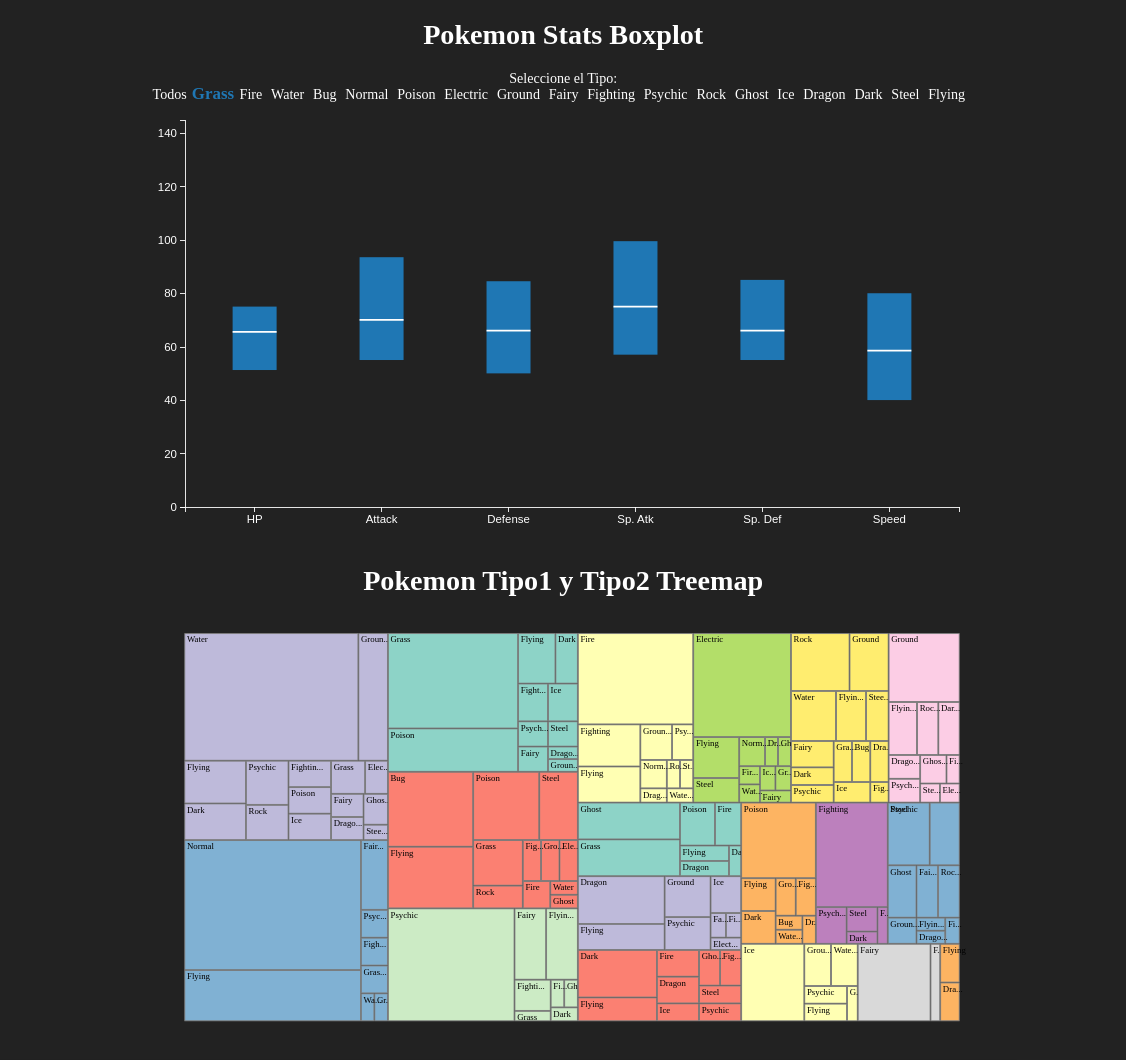
Repository: Cartterr/Proyecto-VisInfo
Page: Propuesta1_Tipos_Cajas.html
The author's editor kept a copy of each file at every save. The page is drawn from the files as they stood at one save, then again after the next save.
The browser window is 1280 px wide. The pictures show the whole page, at 88% of full size.

Above is the page before, as saved 2023-06-28 04:16:48.

### Propuesta1_Tipos_Cajas.html
<!DOCTYPE html>
<html>
<head>
    <meta charset="utf-8">
    <title>Pokemon Stats Boxplot</title>
    <script src="https://d3js.org/d3.v7.min.js"></script>
</head>

<body>
    <h1>Pokemon Stats Boxplot</h1>
    <link rel="stylesheet" href="Propuesta1_Tipos_Cajas.css">
    <div>
        <label for="typeSelect">Seleccione el Tipo:</label>
        <div class="type-list-container">
            <ul class="type-list" id="typeList"></ul>
        </div>
    </div>
    <div id="boxplot"></div>
    <h1>Pokemon Tipo1 y Tipo2 Treemap</h1>
    <div id="treemap"></div>
    <script src="Propuesta1_Tipos_Cajas.js"></script>
</body>
</html>

### Propuesta1_Tipos_Cajas.css
body {
    margin: 0 auto;
    background-color: #222;
    color: white;
    max-width: 80%;
    min-width: 500px;
    text-align: center;
}

.box {
    fill: #1f77b4;
    cursor: pointer;
    position: relative; /* Agregado */
}

.box:hover {
    fill: #456b86;
}

.tooltip {
    position: absolute;
    background-color: #fff;
    border: 1px solid #ccc;
    padding: 10px;
    pointer-events: none;
    opacity: 0;
    transition: opacity 0.3s ease-in-out;
    top: -40px; /* Agregado */
    left: 0; /* Agregado */
    width: 100px; /* Agregado */
    text-align: center; /* Agregado */
}

.box:hover .tooltip {
    opacity: 1;
}

.median {
    stroke: white;
    stroke-width: 2px;
}

.axis text {
    font-size: 13px;
}

.axis line,
.axis path {
    fill: none;
    stroke: white;
    shape-rendering: crispEdges;
}

.type-list-container {
    display: flex;
    justify-content: center;
}

.type-list {
    display: flex;
    white-space: nowrap;
    padding: 0;
    margin: 0;
    list-style-type: none;
}

.type-list li {
    margin-right: 10px;
    transition: transform 0.3s;
}

.type-list li:hover {
    transform: scale(1.1);
}

.type-list li.selected {
    transform: scale(1.2);
    font-weight: bold;
    color: #1f77b4;
}

.type-list-container {
    overflow-y: hidden;
}

.type-list {
    display: flex;
    white-space: nowrap;
    padding: 0;
    margin: 0;
    list-style-type: none;
}

.type-list li {
    margin-right: 10px;
}

text {
    font-size: 10px;
}

### Propuesta1_Tipos_Cajas.js


let selectedType = 'Todos';

d3.csv("pokemon.csv").then(data => {
    const types = Array.from(new Set(data.map(d => d["Type 1"])));
    const statNames = ["HP", "Attack", "Defense", "Sp. Atk", "Sp. Def", "Speed"];

    const margin = { top: 20, right: 30, bottom: 40, left: 50 },
        width = 960 - margin.left - margin.right,
        height = 500 - margin.top - margin.bottom;

    const svg = d3.select("#boxplot")
        .append("svg")
        .attr("width", width + margin.left + margin.right)
        .attr("height", height + margin.top + margin.bottom)
        .append("g")
        .attr("transform", `translate(${margin.left},${margin.top})`);

    const x = d3.scaleBand()
        .range([0, width])
        .padding(0.1);

    const y = d3.scaleLinear()
        .range([height, 0]);

    const xAxis = d3.axisBottom(x);
    const yAxis = d3.axisLeft(y);

    svg.append("g")
        .attr("class", "axis x-axis")
        .attr("transform", `translate(0,${height})`)
        .call(xAxis);

    svg.append("g")
        .attr("class", "axis y-axis")
        .call(yAxis);

    const updateBoxPlot = (selectedType) => {
        let typeData;
        if (selectedType === 'Todos') {  // Add this condition
            typeData = data;
        } else {
            typeData = data.filter(d => d["Type 1"] === selectedType);
        }

        const typeStats = statNames.map(stat => typeData.map(d => +d[stat]));

        x.domain(statNames);
        y.domain([0, d3.max(typeStats, d => d3.max(d))]);

        svg.select(".x-axis")
            .call(xAxis);

        svg.select(".y-axis")
            .transition()
            .duration(250)
            .call(yAxis);

        const boxWidth = Math.min(50, x.bandwidth());

        svg.selectAll(".box")
            .data(typeStats)
            .join("rect")
            .transition()
            .duration(450)
            .attr("class", "box")
            .attr("x", (d, i) => x(statNames[i]) + (x.bandwidth() - boxWidth) / 2)
            .attr("width", boxWidth)
            .attr("y", d => y(d3.quantile(d, 0.75)))
            .attr("height", d => y(d3.quantile(d, 0.25)) - y(d3.quantile(d, 0.75)));

        typeList.selectAll("li")
            .classed("selected", d => d === selectedType);

        svg.selectAll(".median")
            .data(typeStats)
            .join("line")
            .transition()
            .duration(450)
            .attr("class", "median")
            .attr("x1", (d, i) => x(statNames[i]) + (x.bandwidth() - boxWidth) / 2)
            .attr("x2", (d, i) => x(statNames[i]) + (x.bandwidth() + boxWidth) / 2)
            .attr("y1", d => y(d3.median(d)))
            .attr("y2", d => y(d3.median(d)));


    };

    const typeList = d3.select("#typeList");
    typeList.selectAll("li")
        .data(['Todos'].concat(types))  // Add 'Todos' to the list
        .enter()
        .append("li")
        .text(d => d)
        .on("click", function () {
            let clickedType = d3.select(this).text();

            if (clickedType === selectedType) {
                selectedType = 'Todos';
            } else {
                selectedType = clickedType;
            }

            svgTreemap.selectAll("rect")
                .attr("opacity", d => d.parent.data.name === selectedType || selectedType === 'Todos' ? 1 : 0.3);

            updateBoxPlot(selectedType);
        });


    // Initialize with the first type
    updateBoxPlot(types[0]);

    // Add an id for each Pokemon (needed to compute hierarchy)
    data.forEach((d, i) => d.id = i);


   //TREEMAP
    const color = d3.scaleOrdinal()
    .domain(types)
    .range(d3.schemeSet3);

    // Group the data by Type 1 and Type 2
    let groupedData = d3.group(data, d => d["Type 1"], d => d["Type 2"]);

    // Convert the grouped data into a hierarchical structure
    let hierarchyData = { name: "root", children: [] };
    for (let [type1, values1] of groupedData) {
        let type1Node = { name: type1, children: [] };
        for (let [type2, values2] of values1) {
            type1Node.children.push({ name: type2, value: values2.length });
        }
        hierarchyData.children.push(type1Node);
    }


    // Building the treemap
    const root = d3.hierarchy(hierarchyData)
        .sum(d => d.value)
        .sort((a, b) => b.value - a.value);

    d3.treemap()
        .size([width, height])
        .paddingInner(1)
        (root);

    const svgTreemap = d3.select("#treemap")
        .append("svg")
        .attr("width", width + margin.left + margin.right)
        .attr("height", height + margin.top + margin.bottom)
        .append("g")
        .attr("transform", `translate(${margin.left},${margin.top})`);

    // Create a parent groups for Type 1
    const groups = svgTreemap.selectAll('g')
        .data(root.children)
        .enter()
        .append('g');

    let selectedTypeNode = null;

    // Create a subgroup for each leaf under Type 1 group
    groups.selectAll("rect")
        .data(d => d.leaves())
        .enter()
        .append("rect")
        .attr("x", d => d.x0)
        .attr("y", d => d.y0)
        .attr("width", d => d.x1 - d.x0)
        .attr("height", d => d.y1 - d.y0)
        .attr("fill", d => color(d.parent.data.name)) // color according to Type 1
        .attr("stroke", "grey")
        .attr("opacity", 1)
        .on("click", function(event, d) {
            svgTreemap.selectAll("rect")
                .attr("opacity", 0.3); // reduce opacity for all rectangles

            if (selectedTypeNode) {

                selectedTypeNode.selectAll("rect")
                    .attr("opacity", 0.3); // reset opacity for previously selected group
            }

            if (selectedTypeNode === d3.select(this.parentNode)) {
                selectedTypeNode = null;
            } else {
                selectedTypeNode = d3.select(this.parentNode);

                selectedTypeNode.selectAll("rect")
                    .attr("opacity", 1); // set full opacity for selected group
            }

            const type = d.parent.data.name; // Type 1
            selectedType = selectedType === type ? 'Todos' : type;

            svgTreemap.selectAll("rect")
                .attr("opacity", d => selectedType === 'Todos' || d.parent.data.name === selectedType ? 1 : 0.3);


            typeList.selectAll("li")
                .classed("selected", d => d === selectedType);

            updateBoxPlot(selectedType);
        });

    // Add labels for Type 2 and Type 1
    groups.selectAll("text.type2")
        .data(d => d.leaves())
        .enter()
        .append("text")
        .attr("class", "type2")
        .attr("x", d => d.x0 + 2.5)
        .attr("y", d => d.y0 + 10)
        .text(d => d.data.name.length * 6 < (d.x1 - d.x0) ? d.data.name : `${d.data.name.slice(0, (d.x1 - d.x0) / 6)}...`) // Truncate text if it doesn't fit

        .append("title")  // Tooltip to show full name on hover
        .text(d => d.data.name);

    groups.append("text")
        .attr("class", "type1 text-highlight") // Add the "text-highlight" class
        .attr("x", d => d.x0 + 2.5)
        .attr("y", d => d.y0 + 10)
        .text(d => d.data.name) // show Type 1
        .append("title") // Tooltip to show full name on hover
        .text(d => d.data.name);

});

After the next save:
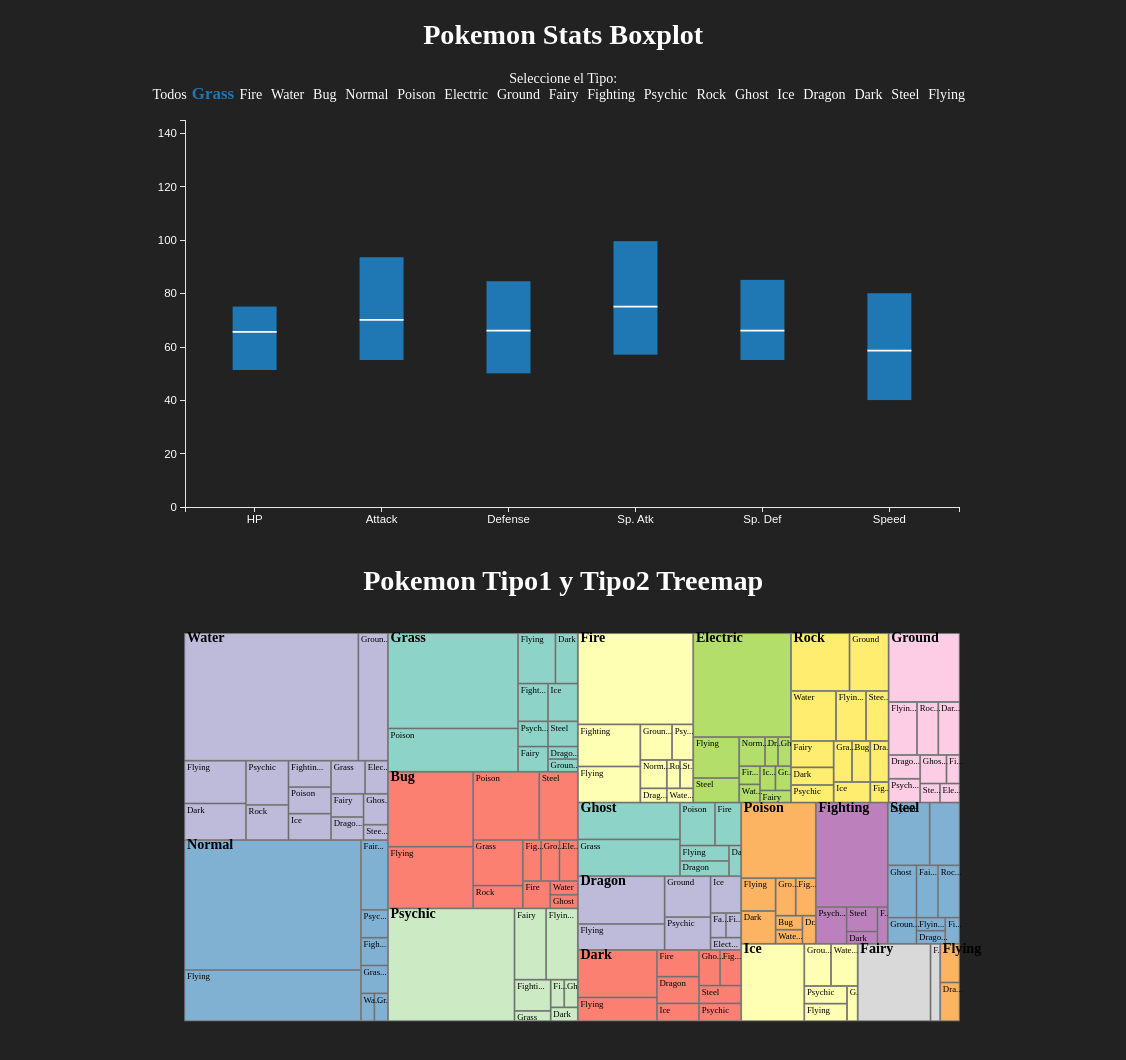
Saved 3 s later.
--- a/Propuesta1_Tipos_Cajas.css
+++ b/Propuesta1_Tipos_Cajas.css
@@ -98,3 +98,9 @@
 text {
     font-size: 10px;
 }
+
+.text-highlight {
+    font-size: 16px; /* Adjust the font size as needed */
+    font-weight: bold;
+    background-color: yellow; /* Adjust the background color as needed */
+  }
